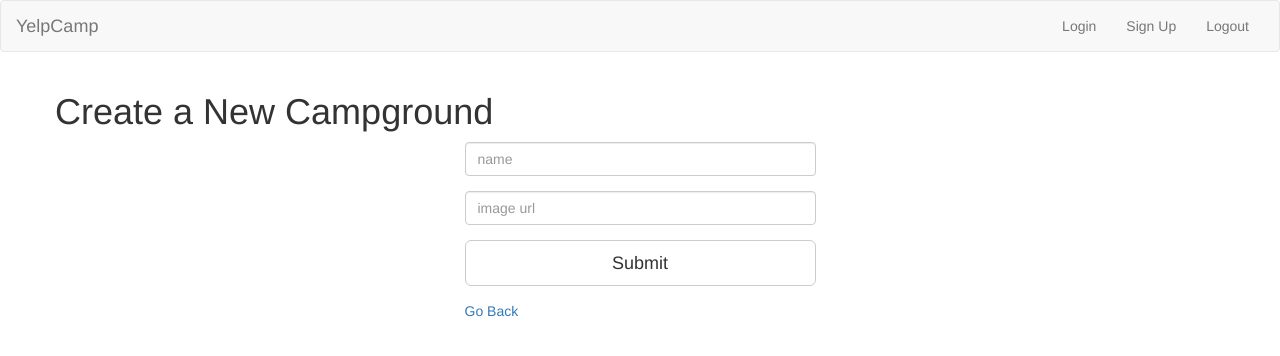
Repository: jersanmd/Learn-Node-JS
Page: http://localhost/campgrounds/new
The author's editor kept a record of every edit. The page is drawn from the files as they stood at one moment, then again after the next edit.
The browser window is 1280 px wide. The pictures show the whole page.
The page is served by the project's Node server (yelpcamp/app.js).

Above is the page before.

After the next edit:
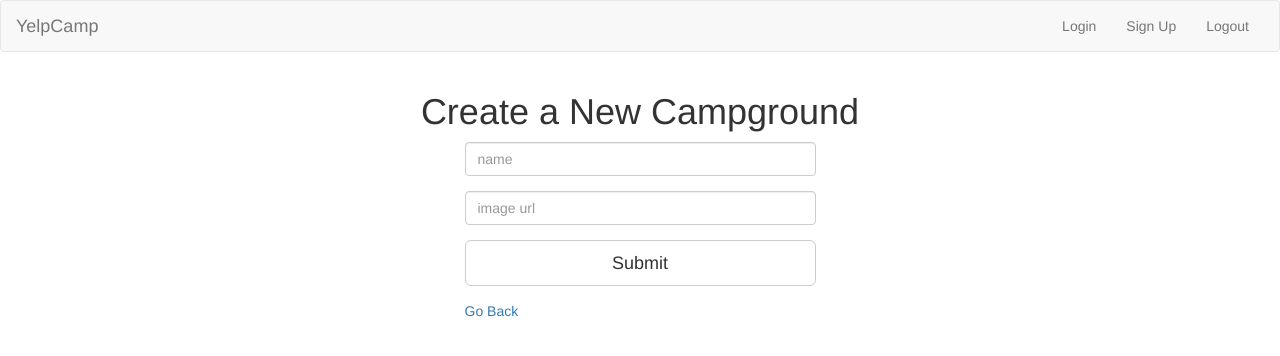
The edit:
--- a/yelpcamp/views/new.ejs
+++ b/yelpcamp/views/new.ejs
@@ -2,7 +2,7 @@
 
 <div class="container">
     <div class="row">
-        <h1>Create a New Campground</h1>
+        <h1 style="text-align: center";>Create a New Campground</h1>
         <div style="width: 30%; margin: 0 auto">
             <form action="/campgrounds" method="POST">
                 <div class="form-group">
